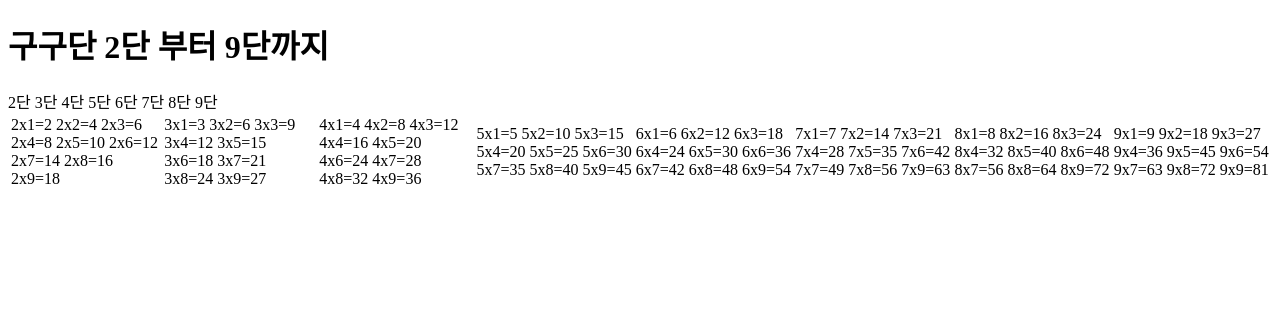
Repository: hyeongu135-ui/Jsp2026
Page: http://localhost/chapter01/test02.jsp
These files come from the project's save history. The page is drawn as it stood at one moment and after the next save; the edit follows.
The browser window is 1280 px wide. The pictures show the whole page.
The page is served by Tomcat 9.

Above is the page before, as saved 2026-10-16 04:21:48.

After the next save:
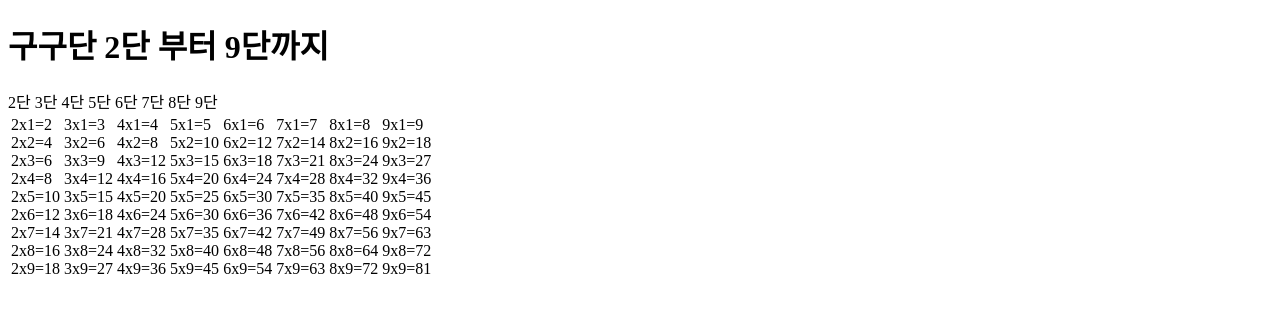
Saved 11 s later.
--- a/chapter01/src/main/webapp/test02.jsp
+++ b/chapter01/src/main/webapp/test02.jsp
@@ -26,7 +26,7 @@
 			int sum = (i * j);
 		%>
 
-			<%=i + "x" + j + "=" + sum%>
+			<%=i + "x" + j + "=" + sum%><br>
 		<%
 		}
 		%></td>
